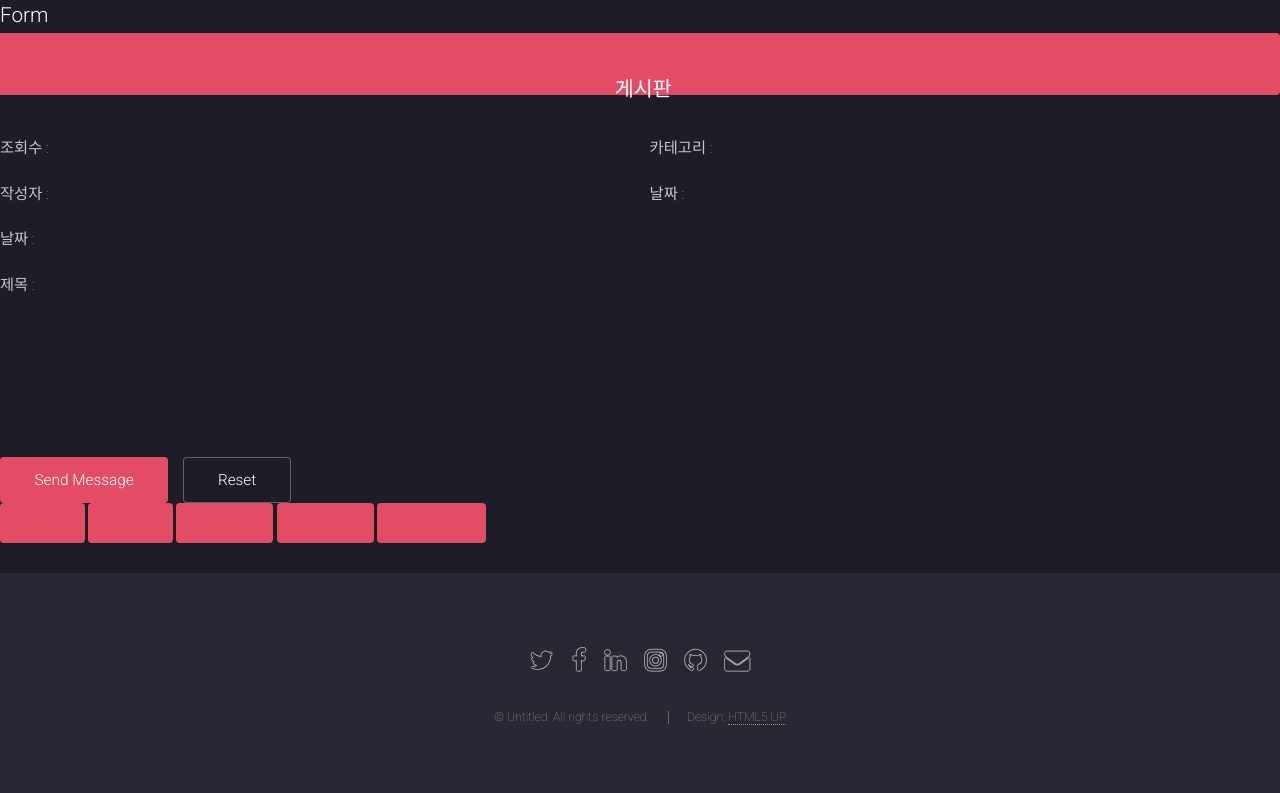
Repository: worMholEamkim/SpringEX
Page: http://localhost/bbs/bbsview.do
An editor plug-in stored every save of this project. The page is shown before and after the next save, followed by the edit.
The browser window is 1280 px wide. The pictures show the whole page.
The page is served by Tomcat 9. Other server files are loaded and not shown. Queries for data that is not in the repository find no rows.

Above is the page before, as saved 2019-03-18 00:49:48.

### JSP_WepPage_Server-master.zip_expanded/JSP_WepPage_Server-master/bbs/WebContent/WEB-INF/bbsview.jsp
<%-- <%@ page language="java" contentType="text/html; charset=UTF-8"
	pageEncoding="UTF-8"%>
<%@ taglib prefix="c" uri="http://java.sun.com/jsp/jstl/core"%>

<!DOCTYPE html>
<html lang="en">
<head>
<title>게시판 볼거야 야무지게</title>
<meta charset="utf-8">
		<meta charset="utf-8" />
		<meta name="viewport" content="width=device-width, initial-scale=1, user-scalable=no" />
		<link rel="stylesheet" href="assets/css/main.css" />
</head>
<body class="is-preload">
	<%
		String sessionID = null;
		if (session.getAttribute("sessionID") != null) {
			sessionID = (String) session.getAttribute("sessionID");
		}
	%>
	<div class="table-wrapper">

		<div class="w3-panel">
				<thead>
						<h3 class="button primary fit">게시판</h3>
						<td width=25%>조회수: ${bbsview.bbsHit}</td>
						<td width=25%>카테고리	: ${bbsview.bbsCategory}</td>
						<td width=25%>작성자: ${bbsview.id}</td>
						<td width=25%>날짜: ${bbsview.bbsDate}</td>
					</tr>
				</thead>
				<tbody>
					<tr>
						<td colspan="4">
							<button class="w3-button w3-block w3-button w3-black">제목
								: ${bbsview.bbsTitle}</button>
						</td>
					</tr>

					<tr>
						<td colspan="4">
							<div class="w3-panel">
								<p style="background-color: black; color: white; font-size: 20px; line-height:2; padding: 50px 50px;">
									${bbsview.bbsContent}</p>
							</div>
						</td>
					</tr>
					<tr>
					</tr>
					<tr>
						<td colspan="4">
							<div class="w3-panel">
								<c:forEach var="item" items="${files}" >
									<a href="bbsFile.do?id=${item.fileId}" target="_blank">${item.orgn_File_Nm}
									</a>
								</c:forEach>
							</div>
						</td>
					</tr>

					<tr>
						<td></td>
						<c:choose>
							<c:when test="${bbsview.id ==sessionID}">
								<td>
									<button class="w3-button w3-block w3-button w3-red">

										<a href="bbsdelete.do?id=${bbsview.bbsId}">삭제</a>

									</button>
								</td>
								<td>
									<button class="w3-button w3-block w3-button w3-black">

										<a href="bbsupdate.do?id=${bbsview.bbsId}">수정</a>

									</button>
								</td>
							</c:when>
							<c:otherwise>
								<td>
									<button class="w3-button w3-block w3-button w3-red">
										삭제x</button>
								</td>
								<td>
									<button class="w3-button w3-block w3-button w3-black">
										수정x</button>
								</td>
							</c:otherwise>
						</c:choose>
						<td>
							<button class="w3-button w3-block w3-button w3-indigo">
								<a href='bbsupload2.do'>글쓰기</a>
							</button>
						</td>
					</tr>
				</tbody>
				<tfoot>
					<tr>
						<td>
						</td>

						<td colspan="2">
							<button class="w3-button w3-block w3-button w3-indigo">
								<a href='bbs.do'>게시판</a>
							</button>
						</td>

						<td>
						</td>
					</tr>

					<tr>
						<td colspan="4">
							<button class="w3-button w3-block w3-button w3-black">
								<a href='home.do'>처음으로</a>
							</button>
						</td>
					</tr>
					<tr>
						<td colspan="2"></td>
						<td colspan="2" align="right">
<!-- 							<div style="display: inline-block; width: 100%;"> -->
<!-- 								<form> -->
<!-- 									<input type="text" name="commentContent" -->
<!-- 										style="width: 90%; padding: 12px 20px; margin: 8px 0; box-sizing: border-box; border: 2px solid glay; outline: none;"> -->

<!-- 									<button type="submit" -->
<!-- 										class="w3-button w3-block w3-button w3-red" -->
<!-- 										style="width: 40%;"> -->
										<a href='bbscomment.do?id=${bbsview.bbsId}'>댓글달기</a>
<!-- 									</button> -->
<!-- 								</form> -->
<!-- 							</div> -->
						</td>
					</tr>
				</tfoot>
			</table>
		</div>
	</div>
</body>
</html> --%>
<%@ page language="java" contentType="text/html; charset=UTF-8"
	pageEncoding="UTF-8"%>
<%@ taglib prefix="c" uri="http://java.sun.com/jsp/jstl/core"%>

<!DOCTYPE html>
<html lang="en">
<head>
<title>게시판 볼거야 야무지게</title>
<meta charset="utf-8">
		<meta charset="utf-8" />
		<meta name="viewport" content="width=device-width, initial-scale=1, user-scalable=no" />
		<link rel="stylesheet" href="assets/css/main.css" />
</head>
<body class="is-preload">
	<%
		String sessionID = null;
		if (session.getAttribute("sessionID") != null) {
			sessionID = (String) session.getAttribute("sessionID");
		}
	%>
	<div class="table-wrapper">

<!-- Form -->
							<section>
								<h3>Form</h3>
								<form method="post" action="#">
									<div class="row gtr-uniform gtr-50"> <h3 class="button primary fit">게시판</h3>

										<div class="col-6">
											조회수 : ${bbsview.bbsHit}
										</div>
										<div class="col-6">
											카테고리 : ${bbsview.bbsCategory}
										</div>
										<div class="col-6">
											작성자 : ${bbsview.id}
										</div>
										<div class="col-6">
											날짜 : ${bbsview.bbsDate}
										</div>
										<div class="col-6">
											날짜 : ${bbsview.bbsDate}
										</div>
										<div class="col-12">
											제목 : ${bbsview.bbsTitle}
										</div>
										<div class="col-12">
											<p style=" font-size: 20px; line-height:2; padding: 50px 50px;">
										${bbsview.bbsContent}</p>
										</div>

										<div class="col-6">
											<c:forEach var="item" items="${files}" >
												<a href="bbsFile.do?id=${item.fileId}" target="_blank">${item.orgn_File_Nm}
												</a>
											</c:forEach>
										</div>
										<div class="col-12">
											<ul class="actions">
												<li><input type="submit" value="Send Message" class="primary" /></li>
												<li><input type="reset" value="Reset" /></li>
											</ul>
										</div>
									</div>

									<div>
										<c:choose>
											<c:when test="${bbsview.id ==sessionID}">
												<td>
											<button class="button primary">

												<a href="bbsdelete.do?id=${bbsview.bbsId}">삭제</a>

											</button>
											</td>
											<td>
									<button class="button primary">

										<a href="bbsupdate.do?id=${bbsview.bbsId}">수정</a>

									</button>
								</td>
							</c:when>
							<c:otherwise>
								<td>
									<button class="button primary">
										삭제x</button>
								</td>
								<td>
									<button class="button primary">
										수정x</button>
								</td>
							</c:otherwise>
						</c:choose>

								</form>
	<td>
							<button class="button primary">
								<a href='bbsupload2.do'>글쓰기</a>
							</button>
						</td>
					</tr>
				</tbody>
				<tfoot>
					<tr>
						<td>
						</td>

						<td colspan="2">
							<button class="button primary">
								<a href='bbs.do'>게시판</a>
							</button>
						</td>

						<td>
						</td>
					</tr>

					<tr>
						<td colspan="4">
							<button class="button primary">
								<a href='home.do'>처음으로</a>
							</button>
						</td>
					</tr>
							</section>
							<footer id="footer">
					<ul class="icons">
						<li><a href="#" class="icon alt fa-twitter"><span class="label">Twitter</span></a></li>
						<li><a href="#" class="icon alt fa-facebook"><span class="label">Facebook</span></a></li>
						<li><a href="#" class="icon alt fa-linkedin"><span class="label">LinkedIn</span></a></li>
						<li><a href="#" class="icon alt fa-instagram"><span class="label">Instagram</span></a></li>
						<li><a href="#" class="icon alt fa-github"><span class="label">GitHub</span></a></li>
						<li><a href="#" class="icon alt fa-envelope"><span class="label">Email</span></a></li>
					</ul>
					<ul class="copyright">
						<li>&copy; Untitled. All rights reserved.</li><li>Design: <a href="http://html5up.net">HTML5 UP</a></li>
					</ul>
				</footer>

		</div>

### JSP_WepPage_Server-master.zip_expanded/JSP_WepPage_Server-master/bbs/src/com/jsp/controller/BbsViewController.java
package com.jsp.controller;

import java.io.IOException;
import java.util.List;

import javax.servlet.RequestDispatcher;
import javax.servlet.ServletException;
import javax.servlet.http.HttpServlet;
import javax.servlet.http.HttpServletRequest;
import javax.servlet.http.HttpServletResponse;

import com.jsp.dao.BbsDao;
import com.jsp.dao.BbsFileDao;
import com.jsp.dto.BbsDto;
import com.jsp.dto.BbsFileDto;

public class BbsViewController extends HttpServlet {

	@Override
	protected void doGet(HttpServletRequest req, HttpServletResponse resp) throws ServletException, IOException {
		process(req, resp);
	}

	@Override
	protected void doPost(HttpServletRequest req, HttpServletResponse resp) throws ServletException, IOException {
		process(req, resp);
	}

	private void process(HttpServletRequest req, HttpServletResponse resp) throws ServletException, IOException {

		// bbsview에서 id에 넘긴 글번호 수가 넘어옴
		String bbsId = req.getParameter("id");
		BbsDao bbsDao = BbsDao.getInstance();
		BbsDto bbsDto = new BbsDto();
		int result = bbsDao.hitUpdate(bbsId);
		bbsDto = bbsDao.selectById(bbsId);
		// bbsId 확인
		//System.out.println("컨트롤러에서 id =" + bbsId);
		// bbsDto 확인
		//System.out.println("컨트롤러에서 " + bbsDto.toString());
		req.setAttribute("bbsview", bbsDto);


		BbsFileDao bbsfDao = BbsFileDao.getInstance();
		List<BbsFileDto> files = bbsfDao.selectByBbsId(bbsId);
		//
		System.out.println("컨트롤러에서 files " + files);
		req.setAttribute("files", files);
		RequestDispatcher rd = req.getRequestDispatcher("/WEB-INF/bbsview.jsp");
		rd.forward(req, resp);
	}
}

### JSP_WepPage_Server-master.zip_expanded/JSP_WepPage_Server-master/bbs/src/com/jsp/dao/BbsDao.java
package com.jsp.dao;

import java.sql.Connection;
import java.sql.DriverManager;
import java.sql.PreparedStatement;
import java.sql.ResultSet;
import java.sql.SQLException;
import java.util.ArrayList;
import java.util.List;

import com.jsp.dto.BbsDto;

public class BbsDao {

	private static BbsDao bbsDao;
	private Connection conn;
	private PreparedStatement pstmt;
	private int result;
	private ResultSet rs;
	private List<BbsDto> bbsList;


	private BbsDao() {
	}



	public static synchronized BbsDao getInstance() {
		if(bbsDao == null) {
			bbsDao = new BbsDao();
	}
		return bbsDao;
	}
	public Connection getConnect() {
		String url = "jdbc:oracle:thin:@localhost:1521:xe";
		String id = "BIG";
		String pw ="1234";
		try {
			Class.forName("core.log.jdbc.driver.OracleDriver");
			conn = DriverManager.getConnection(url, id, pw);

		} catch(ClassNotFoundException e) {
			e.printStackTrace();
		} catch(SQLException e) {
			e.printStackTrace();
		}
		return conn;
	}

	public BbsDto selectById(String id) {

		// id 확인
		//System.out.println("dao에서 id = " + id);
		BbsDto bbsDto = new BbsDto();
		//System.out.println("왜");
		conn = this.getConnect();
		//System.out.println("에러가난거야 쉬뱌ㅠㅠ");

		StringBuffer query = new StringBuffer();
		query.append("SELECT *");
		query.append(" FROM BBS");
		query.append(" WHERE BBSID=? ");

		try {
			//System.out.println("양심적으로 try문은 들어가야지?");
			pstmt = conn.prepareStatement(query.toString());
			pstmt.setString(1, id);

			//System.out.println("설마 여긴가?");
			rs = pstmt.executeQuery();
			// rs 확인
			//System.out.println("dao에서 " + rs);
			while (rs.next()) {

				bbsDto.setId(rs.getString("ID"));
				bbsDto.setBbsId(rs.getString("BBSID"));
				bbsDto.setBbsTitle(rs.getString("BBSTITLE"));
				bbsDto.setBbsDate(rs.getString("BBSDATE"));
				bbsDto.setBbsCategory(rs.getString("BBSCATEGORY"));
				bbsDto.setBbsContent(rs.getString("BBSCONTENT"));
				bbsDto.setBbsHit(rs.getString("BBSHIT"));
				//System.out.println(bbsDto.toString());
			}
		} catch (SQLException e) {

		} finally {
			this.close(conn, pstmt, null);
		}
		return bbsDto;
	}


	public BbsDto selectBeforeById(String id) {

		BbsDto bbsDto = new BbsDto();
		conn = this.getConnect();
		StringBuffer query = new StringBuffer();

		query.append("SELECT * FROM BBS WHERE BBSID IN ");
		query.append(" ((SELECT MAX(BBSID) FROM BBS ");
		query.append(" WHERE BBSID < ? ))");
		try {
			pstmt = conn.prepareStatement(query.toString());
			pstmt.setString(1, id);
			rs = pstmt.executeQuery();

			while(rs.next()) {
				bbsDto.setId(rs.getString("ID"));
				bbsDto.setBbsId(rs.getString("BBSID"));
				bbsDto.setBbsTitle(rs.getString("BBSTITLE"));
				bbsDto.setBbsDate(rs.getString("BBSDATE"));
				bbsDto.setBbsCategory(rs.getString("BBSCATEGORY"));
				bbsDto.setBbsContent(rs.getString("BBSCONTENT"));
				bbsDto.setBbsHit(rs.getString("BBSHIT"));
			}
		} catch (SQLException e) {

		} finally {
			this.close(conn, pstmt, null);
		}
		return bbsDto;
	}


	public BbsDto selectAfterById(String id) {

		BbsDto	bbsDto = new BbsDto();
		conn = this.getConnect();
		StringBuffer query = new StringBuffer();

		query.append("SELECT * FROM BBS WHERE BBSID IN ");
		query.append(" ((SELECT MIN(BBSID) FROM BBS ");
		query.append(" WHERE BBSID > ? )) ");
		try {
			pstmt = conn.prepareStatement(query.toString());
			pstmt.setString(1, id);
			rs = pstmt.executeQuery();

			while(rs.next()) {
				bbsDto.setId(rs.getString("ID"));
				bbsDto.setBbsId(rs.getString("BBSID"));
				bbsDto.setBbsTitle(rs.getString("BBSTITLE"));
				bbsDto.setBbsDate(rs.getString("BBSDATE"));
				bbsDto.setBbsCategory(rs.getString("BBSCATEGORY"));
				bbsDto.setBbsContent(rs.getString("BBSCONTENT"));
				bbsDto.setBbsHit(rs.getString("BBSHIT"));
			}
		} catch (SQLException e) {

		} finally {
			this.close(conn, pstmt, null);
		}
		return bbsDto;
	}


	public int hitUpdate(String id) {

		conn = this.getConnect();
		StringBuffer query = new StringBuffer();
		query.append("UPDATE BBS SET BBSHIT = BBSHIT +1 WHERE BBSID=?");
			try {
				pstmt = conn.prepareStatement(query.toString());
				pstmt.setString(1, id);
				result = pstmt.executeUpdate();
			} catch(SQLException e1) {
	}
			finally {
				this.close(conn, pstmt, null);
			}
			return result;
	}

	public int hitUpdate(Connection conn, String id) {

			conn = this.getConnect();
			StringBuffer query = new StringBuffer();
			query.append("UPDATE BBS SET BBSHIT = BBSHIT +1 WHERE BBSID=?");
				try {
					pstmt = conn.prepareStatement(query.toString());
					pstmt.setString(1, id);
					result = pstmt.executeUpdate();
				} catch(SQLException e1) {
		}
				finally {
					this.close(conn, pstmt, null);
				}
				return result;
		}



	public int update(BbsDto bbsDto) {

		conn = this.getConnect();
		StringBuffer query = new StringBuffer();
		query.append("UPDATE BBS SET ");
		query.append(" BBTITLE=?, BBSCATEGORY=?, BBSCONTENT=?");
		query.append(" WHERE BBSID=?");
			try {
				pstmt = conn.prepareStatement(query.toString());
				pstmt.setString(1, bbsDto.getBbsTitle());
				pstmt.setString(2, bbsDto.getBbsCategory());
				pstmt.setString(3, bbsDto.getBbsContent());
				pstmt.setString(4, bbsDto.getBbsId());

				result = pstmt.executeUpdate();
			} catch (SQLException e1) {

			} finally {
				this.close(conn, pstmt, null);
			}
			return result;
	}


	public int insert(BbsDto bbsDto) {

		conn = this.getConnect();
		StringBuffer query = new StringBuffer();
		query.append("INSERT INTO BBS(BBSID, ID, BBSTITLE, BBSDATE, BBSCATEGORY, BBSCONTENT, BBSHIT)");
		query.append(" VALUES (bbs_seq.nextval ,? ,? ,sysdate,? ,? ,0 )");

		try {
			pstmt = conn.prepareStatement(query.toString());
			pstmt.setString(1, bbsDto.getId());
			pstmt.setString(2, bbsDto.getBbsTitle());
			pstmt.setString(3, bbsDto.getBbsCategory());
			pstmt.setString(4, bbsDto.getBbsContent());

			result = pstmt.executeUpdate();

		} catch (SQLException e) {
			e.printStackTrace();
		} finally {
			this.close(conn, pstmt, null);
		}
		return result;
	}


	public int insertOracle(BbsDto bbsDto) {

		conn = this.getConnect();
		StringBuffer query = new StringBuffer();
		query.append("INSERT INTO BBS(BBSID, ID, BBSTITLE, BBSDATE, BBSCATEGORY, BBSCONTENT, BBSHIT)");
		query.append(" VALUES(BBS_SEQ.BEXTVAL, ? ,? ,NOW(), ?, ?, 0 )");

		try {
			pstmt = conn.prepareStatement(query.toString());
			pstmt.setString(1,  bbsDto.getId());
			pstmt.setString(2,  bbsDto.getBbsTitle());
			pstmt.setString(3,  bbsDto.getBbsCategory());
			pstmt.setString(4,  bbsDto.getBbsContent());

			result = pstmt.executeUpdate();
		} catch (SQLException e) {
			e.printStackTrace();
		} finally {
			this.close(conn, pstmt, null);
		}
		return result;
	}


	public List<BbsDto> selectAll(int startNum, int perpage) {
		bbsList = new ArrayList<>();
		conn = this.getConnect();
		StringBuffer query = new StringBuffer();
		query.append("SELECT T2.*");
		query.append("	FROM (SELECT ROWNUM R2, T.*");
		query.append("	FROM (SELECT BBSID, ID, substr(BBSTITLE, 1, 10) BBSTITLE, BBSDATE,");
		query.append("BBSCATEGORY, substr(BBSCONTENT, 1, 15) BBSCONTENT, BBSHIT ");
		query.append(" FROM BBS ORDER BY BBSID DESC ) T) T2 ");
		query.append("WHERE T2.R2 BETWEEN ? AND ?");

		try {
			pstmt = conn.prepareStatement(query.toString());
			pstmt.setInt(1, startNum - 1);
			pstmt.setInt(2, perpage);


			rs = pstmt.executeQuery();
			while (rs.next()) {
				BbsDto bbsDto = new BbsDto();

				bbsDto.setId(rs.getString("ID"));
				bbsDto.setBbsId(rs.getString("BBSID"));
				bbsDto.setBbsTitle(rs.getString("BBSTITLE"));
				bbsDto.setBbsDate(rs.getString("BBSDATE"));
				bbsDto.setBbsCategory(rs.getString("BBSCATEGORY"));
				bbsDto.setBbsContent(rs.getString("BBSCONTENT"));
				bbsDto.setBbsHit(rs.getString("BBSHIT"));

				bbsList.add(bbsDto);
			}
			} catch(SQLException e) {
				e.printStackTrace();
		}	return bbsList;
}


	public int delete(int id) {

		conn = this.getConnect();
		StringBuffer query = new StringBuffer();

		try {

			query.append("DELETE FROM BBS");
			query.append(" WHERE BBSID = ?");
			pstmt = conn.prepareStatement(query.toString());
			pstmt.setInt(1,  id);
			int result = pstmt.executeUpdate();

			return result;
		} catch (SQLException e) {
			e.printStackTrace();
		} finally {
			this.close(conn, pstmt, null);
		}
		return -1;
	}



	public int getTotalCount() {

		conn = this.getConnect();
		StringBuffer query = new StringBuffer();
		query.append("SELECT count(*)");
		query.append(" FROM BBS");

		try {
			pstmt = conn.prepareStatement(query.toString());
			rs = pstmt.executeQuery();

			if(rs.next()) {
				return rs.getInt("count(*)");
			}
		} catch (SQLException e) {
			e.printStackTrace();
		} finally {
			this.close(conn, pstmt, rs);
		}
		return -1;
	}


	public void close(Connection conn, PreparedStatement stmt, ResultSet rs) {
		if (rs != null) {
			try {
				rs.close();
			} catch (SQLException e) {
			}
		}
		if (stmt != null) {
			try {
				stmt.close();
			} catch (SQLException e) {
			}
		}
		if (conn != null) {
			try {
				conn.close();
			} catch (SQLException e) {
			}
		}
	}

	public static void main(String[] args) {
		BbsDao mDao = BbsDao.getInstance();
	}


}

### JSP_WepPage_Server-master.zip_expanded/JSP_WepPage_Server-master/bbs/src/com/jsp/dto/BbsDto.java
package com.jsp.dto;

public class BbsDto {

	private String id;
	private String bbsId;
	private String bbsTitle;
	private String bbsDate;
	private String bbsCategory;
	private String bbsContent;
	private String bbsHit;

	public String getId() {
		return id;
	}
	public void setId(String id) {
		this.id = id;
	}
	public String getBbsId() {
		return bbsId;
	}
	public void setBbsId(String bbsId) {
		this.bbsId = bbsId;
	}
	public String getBbsTitle() {
		return bbsTitle;
	}
	public void setBbsTitle(String bbsTitle) {
		this.bbsTitle = bbsTitle;
	}
	public String getBbsDate() {
		return bbsDate;
	}
	public void setBbsDate(String bbsDate) {
		this.bbsDate = bbsDate;
	}
	public String getBbsCategory() {
		return bbsCategory;
	}
	public void setBbsCategory(String bbsCategory) {
		this.bbsCategory = bbsCategory;
	}
	public String getBbsContent() {
		return bbsContent;
	}
	public void setBbsContent(String bbsContent) {
		this.bbsContent = bbsContent;
	}
	public String getBbsHit() {
		return bbsHit;
	}
	public void setBbsHit(String bbsHit) {
		this.bbsHit = bbsHit;
	}
	@Override
	public String toString() {
		return "BbsDto [id=" + id + ", bbsId=" + bbsId + ", bbsTitle=" + bbsTitle + ", bbsDate=" + bbsDate
				+ ", bbsCategory=" + bbsCategory + ", bbsContent=" + bbsContent + ", bbsHit=" + bbsHit + "]";
	}

}

### JSP_WepPage_Server-master.zip_expanded/JSP_WepPage_Server-master/bbs/src/com/jsp/dao/BbsFileDao.java
package com.jsp.dao;

import java.sql.Connection;
import java.sql.DriverManager;
import java.sql.PreparedStatement;
import java.sql.ResultSet;
import java.sql.SQLException;
import java.util.ArrayList;
import java.util.List;
import java.util.Map;

import com.jsp.dto.BbsFileDto;

public class BbsFileDao {

	private static BbsFileDao bbsfDao;
	private Connection conn;
	private PreparedStatement pstmt;
	private int result;
	private ResultSet rs;
	//Map<String, Object> map;
	private List<BbsFileDto> bbsfList;
	private ArrayList fileIdList;


	private BbsFileDao() {

	}

	public static synchronized BbsFileDao getInstance() {
		if(bbsfDao == null) {
			bbsfDao = new BbsFileDao();
		}
		return bbsfDao;
	}

	public Connection getConnect() {
		String url = "jdbc:oracle:thin:@localhost:1521:xe";
		String id = "BIG";
		String pw = "1234";
		try {
			Class.forName("core.log.jdbc.driver.OracleDriver");
			conn = DriverManager.getConnection(url, id, pw);
		} catch(ClassNotFoundException e) {
			e.printStackTrace();
		} catch(SQLException e) {
			e.printStackTrace();
		}
		return conn;
	}



	public List<BbsFileDto> selectByBbsId(String bbsid) {
		System.out.println("야 갓재?");
		conn = this.getConnect();

		StringBuffer query = new StringBuffer();
		query.append("SELECT *");
		query.append(" FROM BBS_FILE");
		query.append(" WHERE BBSID=?");
		System.out.println("쿼리확인");
		try {
			pstmt = conn.prepareStatement(query.toString());
			pstmt.setString(1, bbsid);
			rs = pstmt.executeQuery();
			bbsfList = new ArrayList<>();

			while (rs.next()) {
				BbsFileDto bbsfDto = new BbsFileDto();
				bbsfDto.setFileId(rs.getString("FILEID"));
				bbsfDto.setOrgn_File_Nm(rs.getString("ORGN_FILE_NM"));
				// bbsfDto 확인
				System.out.println("filedao에서 bbsfdto" + bbsfDto);
				bbsfList.add(bbsfDto);

			}

		} catch (SQLException e) {

		} finally {
			this.close(conn, pstmt, null);
		}
		return bbsfList;
	}

	public String selectById(String fileId) {

		String bbsFile="";
		conn = this.getConnect();
		StringBuffer query = new StringBuffer();
		query.append("SELECT SAVE_FILE_NM");
		query.append("	FROM BBS_FILE");
		query.append("	WHERE FILEID=?");
		try {
			pstmt = conn.prepareStatement(query.toString());
			pstmt.setString(1,  fileId);
			rs = pstmt.executeQuery();

			if(rs.next()) {
				bbsFile = rs.getString("SAVE_FILE_NM");
			}
		} catch (SQLException e) {

		} finally {
			this.close(conn, pstmt, null);
		}
		return bbsFile;
	}

	public int delete(int id) {

			conn = this.getConnect();
			StringBuffer query = new StringBuffer();

			try {

				query.append("DELETE FROM BBS_FILE");
				query.append("	WHERE BBSID = ?");
				pstmt = conn.prepareStatement(query.toString());
				pstmt.setInt(1, id);
				int result = pstmt.executeUpdate();
				return result;
			} catch (SQLException e) {
				e.printStackTrace();
			} finally {
				this.close(conn, pstmt, null);
			}
			return -1;
		}

	public void close(Connection conn, PreparedStatement stmt, ResultSet rs) {
		if (rs != null) {
			try {
				rs.close();
			} catch (SQLException e) {
			}
		}
		if (stmt != null) {
			try {
				stmt.close();
			} catch (SQLException e) {
			}
		}
		if (conn != null) {
			try {
				conn.close();
			} catch (SQLException e) {
			}
		}
	}



}

Loaded but not shown: JSP_WepPage_Server-master.zip_expanded/JSP_WepPage_Server-master/bbs/WebContent/assets/css/font-awesome.min.css (library); JSP_WepPage_Server-master.zip_expanded/JSP_WepPage_Server-master/bbs/WebContent/assets/css/main.css (4070 lines, source omitted)

After the next save:
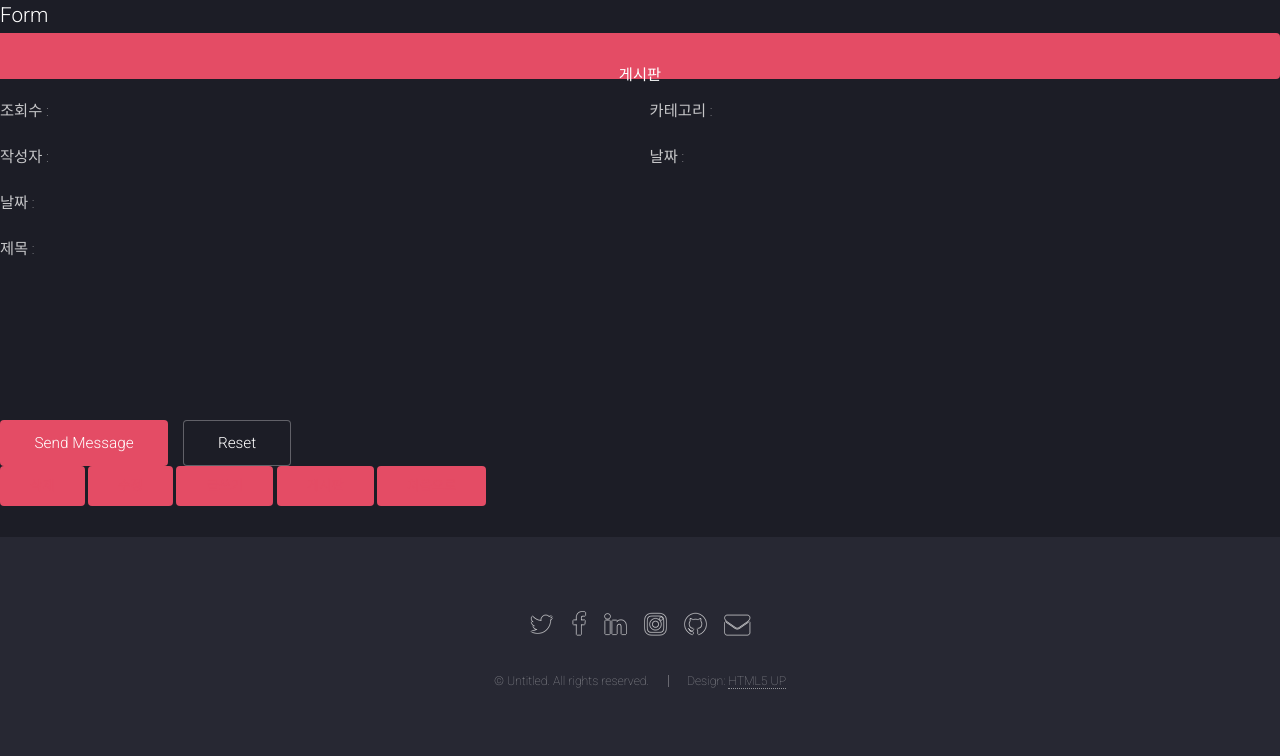
Saved 3 min 13 s later.
--- a/JSP_WepPage_Server-master.zip_expanded/JSP_WepPage_Server-master/bbs/WebContent/WEB-INF/bbsview.jsp
+++ b/JSP_WepPage_Server-master.zip_expanded/JSP_WepPage_Server-master/bbs/WebContent/WEB-INF/bbsview.jsp
@@ -166,7 +166,8 @@
 							<section>
 								<h3>Form</h3>
 								<form method="post" action="#">
-									<div class="row gtr-uniform gtr-50"> <h3 class="button primary fit">게시판</h3>
+									<div class="row gtr-uniform gtr-50">
+									<botton class="button primary fit">게시판</botton>
 
 										<div class="col-6">
 											조회수 : ${bbsview.bbsHit}
